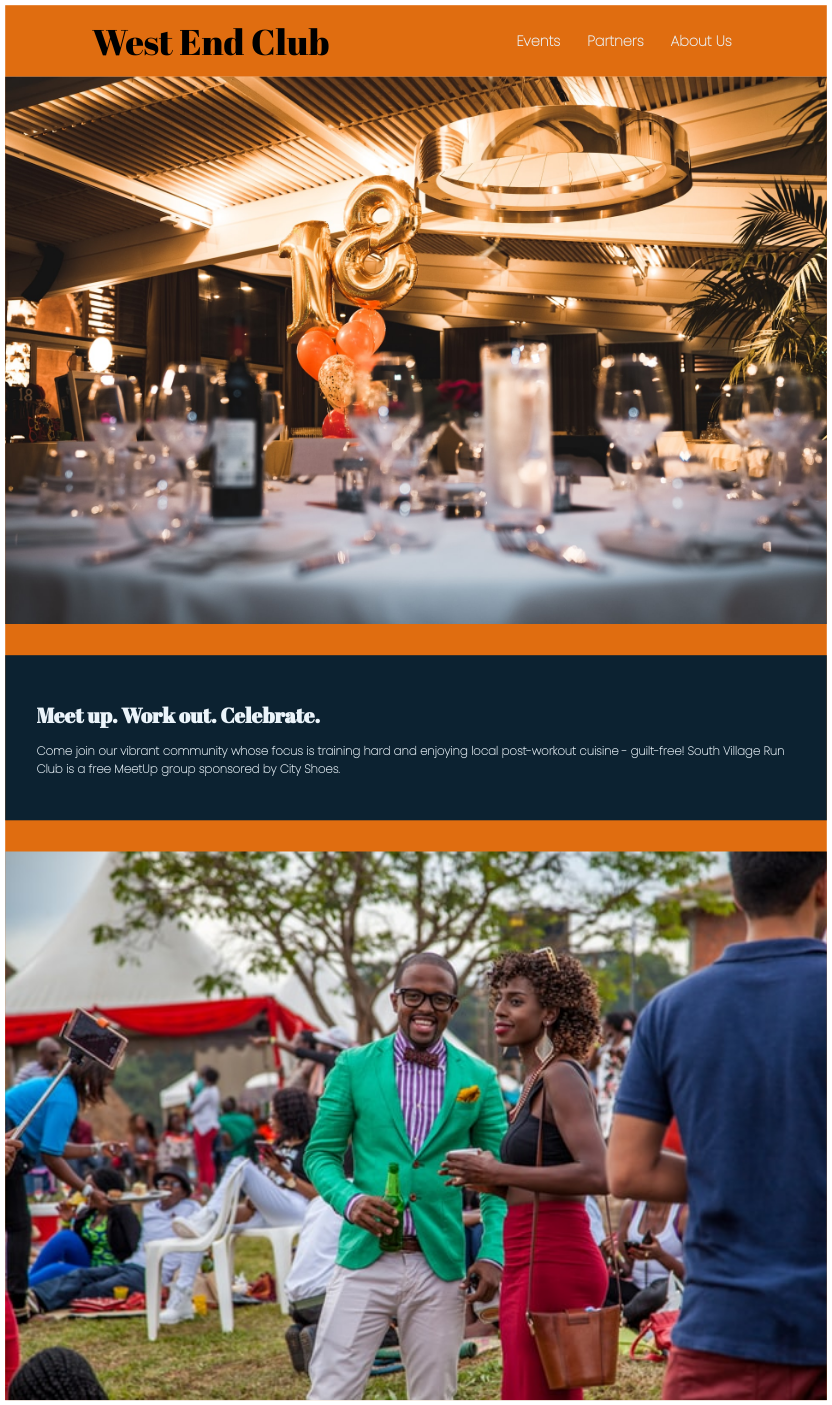
Repository: lastbronx41/lastbronx41.github.io
Page: starting/index.html
These files come from the project's save history. The page is drawn as it stood at one moment and after the next save; the edit follows.
The browser window is 1280 px wide. The pictures show the whole page, at 65% of full size.
Some web fonts or font styles are not loaded; a fallback is used.

Above is the page before, as saved 2022-07-19 04:50:14.

### starting/index.html
<!DOCTYPE html>

<html>
   <head>
      <meta charset="utf-8">
      <title>Our Club</title>
      <link rel="stylesheet" href="./styles.css" type="text/css">
      <link rel="preconnect" href="https://fonts.googleapis.com">
      <link rel="preconnect" href="https://fonts.gstatic.com" crossorigin>
      <link href="https://fonts.googleapis.com/css2?family=Abril+Fatface&family=Slabo+13px&family=Space+Mono&display=swap" rel="stylesheet">
      <link rel="preconnect" href="https://fonts.googleapis.com">
      <link rel="preconnect" href="https://fonts.gstatic.com" crossorigin>
      <link href="https://fonts.googleapis.com/css2?family=Abril+Fatface&family=Poppins:wght@100&family=Slabo+13px&family=Space+Mono&display=swap" rel="stylesheet">
   </head>

   <body>

      <div class="header">
         <div id="title">West End Club</div>
         <div>
            <ul class="links">
               <a href>
                  <li class="nav">Events</li>
               </a>
               <a href>
                  <li class="nav">Partners</li>
               </a>
               <a href>
                  <li class="nav">About Us</li>
               </a>
            </ul>
         </div>
      </div>

      <div id="cover-photo">
         <img src="./resources/cover-photo.jpg"/>
         <div class="main-text">
            <h1>Meet up. Work out. Celebrate.</h1>
               <p>Come join our vibrant community whose focus is training hard and enjoying local post-workout cuisine - guilt-free! South Village Run Club is a free MeetUp group sponsored by City Shoes.
               </p>
         </div>
         <div>

         </div>
            <img src="./resources/1.jpg"/>
      </div>



   </body>
</html>

### starting/styles.css
.header {
   display: flex;
   justify-content: space-around;
   background-color: #E06D10;
   align-items: center;
   padding: 1rem
}

#title {
   font-size: 55px;
   font-family: 'Abril Fatface', cursive;
}

.links, .links a {
   display: inline-flex;
   flex-wrap: wrap;
   justify-content: flex-end;
   list-style-type: none;
   gap: 1rem;
   text-decoration-line: none;
}

.nav {
   font-size: 22px;
   font-family: 'Poppins', sans-serif;
   font-weight: bolder;
   border-radius: 34%;
   padding: 0.4rem 0.8rem;
   color: #EBF4FA;
}

.nav:hover {
   color: #E06D10;
   background-color: black;
}

#cover-photo {
   display: flex;
   flex-direction: column;
   background-color: #E06D10;
}

#cover-photo img {
   max-width: 100%;
}
.main-text {
   background-color: #0C2231;
   color: #EBF4FA;
   margin: 3rem auto;
   padding: 3rem 3rem 3rem 3rem;
}

.main-text h1 {
   font-family: 'Abril Fatface', cursive;
}

.main-text p {
   font-family: 'Poppins', sans-serif;
   font-size: 18px;
   font-weight: bolder;
}

After the next save:
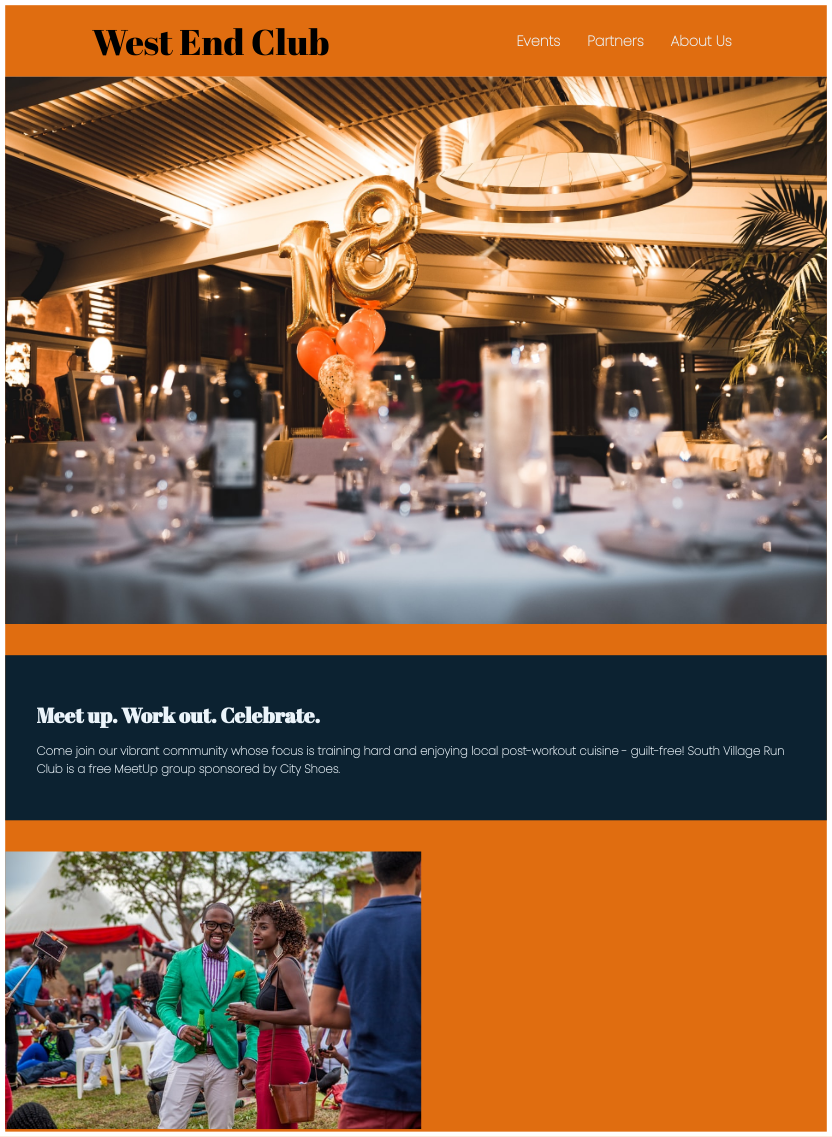
Saved 5 s later.
--- a/starting/index.html
+++ b/starting/index.html
@@ -40,9 +40,9 @@
                </p>
          </div>
          <div>
+            <img src="./resources/1.jpg"/>
+         </div>
 
-         </div>
-            <img src="./resources/1.jpg"/>
       </div>
 
 
